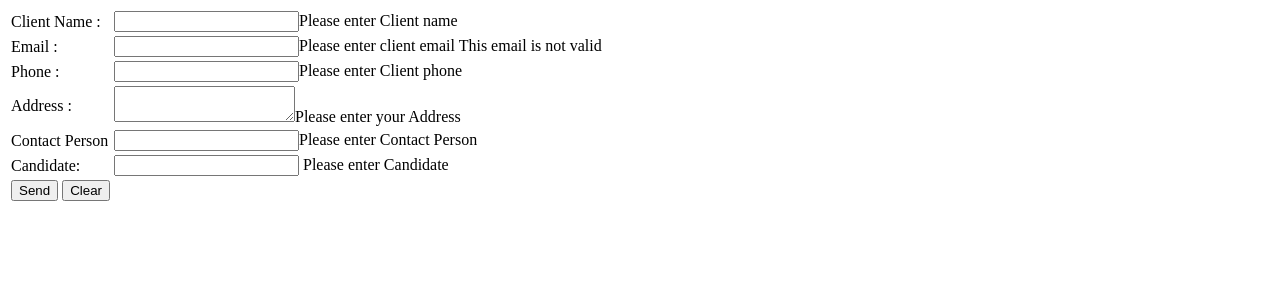
Repository: sosam29/CandidateTracking
Page: http://localhost/SimpleCandidateTrackingApp/addsubmission.jsp
The author's editor kept a copy of each file at every save. The page is drawn from the files as they stood at one save, then again after the next save.
The browser window is 1280 px wide. The pictures show the whole page.
Some web libraries are served in a nearby version. The page is served by Tomcat 9. Other server files are loaded and not shown.

Above is the page before, as saved 2014-08-04 11:21:19.
Console error: SyntaxError: Unexpected token ')'

### SimpleCandidateTrackingApp/WebContent/addsubmission.jsp
<%@ page language="java" contentType="text/html; charset=UTF-8"
    pageEncoding="UTF-8"%>
<!DOCTYPE html PUBLIC "-//W3C//DTD HTML 4.01 Transitional//EN" "http://www.w3.org/TR/html4/loose.dtd">
<html>
<head>
<meta http-equiv="Content-Type" content="text/html; charset=UTF-8">
<title>Add Communication</title>
<script src="http://ajax.googleapis.com/ajax/libs/jquery/1.11.1/jquery.min.js"></script>
<script>
    $(document).ready(function() {
      $('.form_error').hide();
      $('#submit').click(function(){
           var name = $('#name').val();
           var email = $('#email').val();
           var phone = $('#phone').val();
           var candidate = $('#candidate').val();
           //var message = $('#message').val();
           if(name== ''){
              $('#name').next().show();
              return false;
            }
            if(email== ''){
               $('#email').next().show();
               return false;
            }
            if(IsEmail(email)==false){
                $('#invalid_email').show();
                return false;
            }
            if(candidate== ''){
                $('#candidate').next().show();
                return false;

            /*  if(phone== ''){
                $('#phone').next().show();
                return false;
            }
           if(message== ''){
                $('#message').next().show();
                return false;
            } */
            //ajax call php page
            $.post("savesubmission.jsp", $("#AddSubmission").serialize(),  function(response) {
            $('#AddSubmission').fadeOut('slow',function(){
            	//TODO: Comment this alert in production
            	alert('Data saved');
                /* $('#success').html('<b>candidate info saved.</d>');
                $('#success').fadeIn('slow'); */
            	$('#AddSubmission').each(function(){
                    this.reset();   //Here form fields will be cleared.
                });
            	$('#AddSubmission').fadeIn('fast');
               });

             });
             return false;
          });
      });
      function IsEmail(email) {
        var regex = /^([a-zA-Z0-9_\.\-\+])+\@(([a-zA-Z0-9\-])+\.)+([a-zA-Z0-9]{2,4})+$/;
        if(!regex.test(email)) {
           return false;
        }else{
        	 return true;
        }
      }
      </script>
</head>
<body>
	<form action="" method="post" id="AddSubmission">
		<table class="client-table">
			<tr>
				<td><label for="txtclientname">Client Name :</label></td>
				<td class="name"><input name="txtname" id="name" type="text"
					class="client-input"><span class="form_error">Please
						enter Client name</span></td>
			</tr>
			<tr>
				<td><label for="txtclientemail">Email :</label></td>
				<td class="email"><input name="txtclientemail" id="email"
					type="text" class="client-input"><span class="form_error">Please
						enter client email</span> <span class="form_error" id="invalid_email">This
						email is not valid</span></td>
			</tr>
			<tr>
				<td><label for="txtclientphone">Phone :</label></td>
				<td class="phone"><input name="txtclientphone" id="phone"
					type="text" class="client-input"><span class="form_error">Please
						enter Client phone</span></td>
			</tr>
			<tr>
				<td><label for="txtclientaddress">Address :</label></td>
				<td class="message"><textarea name="txtclientaddress"
						id="address" class="client-input"></textarea><span
					class="form_error">Please enter your Address</span></td>
			</tr>
			<!-- <tr>
				<td><label for="txtclientaddress2">Address2 :</label></td>
				<td class="message"><textarea name="txtclientaddress2"
						id="address2" class="client-input"></textarea><span
					class="form_error">Please enter your Address2</span></td>
			</tr>

			<tr>
				<td><label for="txtclientcity">City:</label></td>
				<td class="message"><textarea name="txtclientcity" id="city"
						class="client-input"></textarea><span class="form_error">Please
						enter your City</span></td>
			</tr>
			<tr>
				<td><label for="txtclientstate">State :</label></td>
				<td class="message"><textarea name="txtclientstate" id="state"
						class="client-input"></textarea><span class="form_error">Please
						enter your Address</span></td>
			</tr>
			<tr>
				<td><label for="txtclientzip">Zip :</label></td>
				<td class="txtclientzip"><input name="txtclientzip" id="zip"
					type="text" class="client-input"><span class="form_error">Please
						enter zip</span></td>
			</tr> -->
			<tr>
				<td><label for="txtclientcontact">Contact Person</label></td>
				<td class="txtclientcontact"><input name="txtclientcontact"
					id="clientcontact" type="text" class="client-input"><span
					class="form_error">Please enter Contact Person</span></td>
			</tr>
			<tr>
				<td><label for="candidateselection">Candidate:</label></td>
				<td class="selcandidate"><input name="txtcandidate"
				id="candidate" type="text" class="client-input">
				<span class="form_error">Please enter Candidate</span></td>
			</tr>
			<tr>
				<td><input type="submit" class="clientform-buttons" id="submit"
					value="Send" /> <input type="reset" class="clientform-buttons"
					id="" value="Clear" /></td>
			</tr>
		</table>
	</form>
</body>
</html>

After the next save:
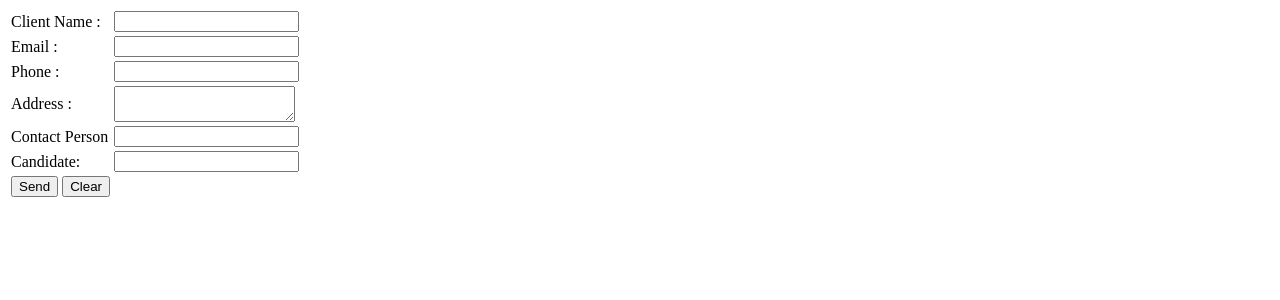
The error is gone.
Saved 103 min 53 s later.
--- a/SimpleCandidateTrackingApp/WebContent/addsubmission.jsp
+++ b/SimpleCandidateTrackingApp/WebContent/addsubmission.jsp
@@ -4,7 +4,7 @@
 <html>
 <head>
 <meta http-equiv="Content-Type" content="text/html; charset=UTF-8">
-<title>Add Communication</title>
+<title>Add Submission</title>
 <script src="http://ajax.googleapis.com/ajax/libs/jquery/1.11.1/jquery.min.js"></script>
 <script>
     $(document).ready(function() {
@@ -31,15 +31,7 @@
                 $('#candidate').next().show();
                 return false;
 
-            /*  if(phone== ''){
-                $('#phone').next().show();
-                return false;
             }
-           if(message== ''){
-                $('#message').next().show();
-                return false;
-            } */
-            //ajax call php page
             $.post("savesubmission.jsp", $("#AddSubmission").serialize(),  function(response) {
             $('#AddSubmission').fadeOut('slow',function(){
             	//TODO: Comment this alert in production
@@ -53,17 +45,21 @@
                });
 
              });
-             return false;
-          });
+
       });
+  });
       function IsEmail(email) {
         var regex = /^([a-zA-Z0-9_\.\-\+])+\@(([a-zA-Z0-9\-])+\.)+([a-zA-Z0-9]{2,4})+$/;
-        if(!regex.test(email)) {
+        if(!regex.test(email))
+        {
            return false;
-        }else{
+        }
+        else
+        {
         	 return true;
         }
       }
+
       </script>
 </head>
 <body>
@@ -77,10 +73,13 @@
 			</tr>
 			<tr>
 				<td><label for="txtclientemail">Email :</label></td>
-				<td class="email"><input name="txtclientemail" id="email"
+				<td><input type="email" name="email" id="email" class="client-input"><span class="form_error">
+				Please enter client email</span>
+				<span class="form_error" id="invalid_email">This is not a valid email</span> </td>
+				<!-- <td class="email"><input name="txtclientemail" id="email"
 					type="text" class="client-input"><span class="form_error">Please
 						enter client email</span> <span class="form_error" id="invalid_email">This
-						email is not valid</span></td>
+						email is not valid</span></td> -->
 			</tr>
 			<tr>
 				<td><label for="txtclientphone">Phone :</label></td>
